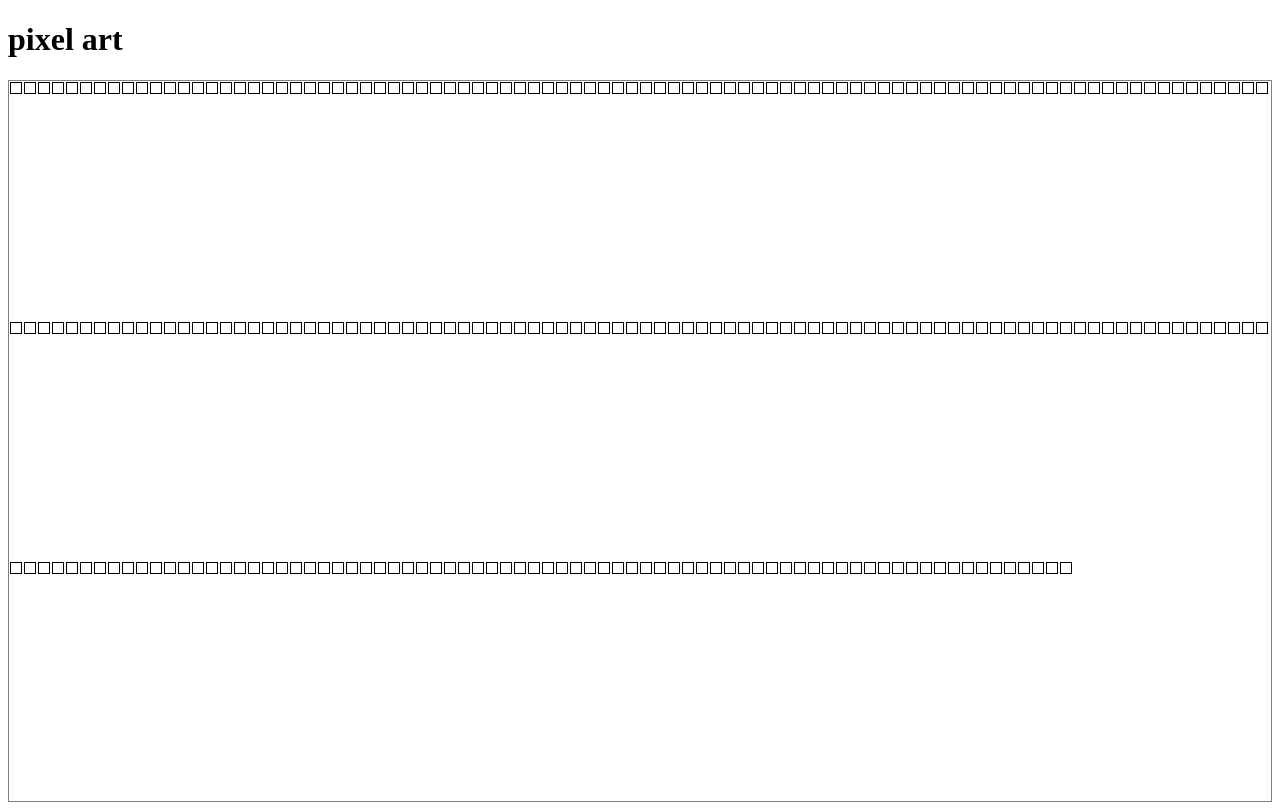
Repository: bechara611/pixelartdb
Page: /
An editor plug-in stored every save of this project. The page is shown before and after the next save, followed by the edit.
The browser window is 1280 px wide. The pictures show the whole page.
The project was rebuilt for these pictures with package versions that can differ from the ones it lists, and the page was loaded fresh each time. Also part of the build but not shown: vite.config.js.

Above is the page before, as saved 2023-03-05 19:39:39.

### src/main.jsx
import React from 'react'
import ReactDOM from 'react-dom/client'
import App from './App'


ReactDOM.createRoot(document.getElementById('root')).render(

    <App />

)

### src/App.jsx

import { useState } from 'react'
import './App.css'
import { Pixel } from './Pixel'

const App=()=> {
const  [pixels, setPixels] = useState(
  Array.from({length:16*16})
)
const funcionArray=(index)=>{
  let nuevoArray = [...pixels]
  console.log(index)
 console.log(!nuevoArray[index])
}

  return (
    <>
      <h1>pixel art</h1>

      <div className="contenedor">
      {
        pixels.map((a,index)=>{
          return <Pixel key={index}
                  funcion={()=>funcionArray(index)}
          ></Pixel>
        })
      }

      </div>
    </>
  )
}

export default App

### src/App.css

.pixel{
  width: 10px;
  height: 10px;
  border: 1px solid black;
  margin: 1px;

}
.active{
  background: green;
}

.contenedor{

  display: flex;
  flex-direction: row;
  flex-wrap: wrap;
  width: fit-content;
  border: 1px solid grey;
  height: 100vh;

}

### src/Pixel.jsx
import React, { useState } from 'react'
import './App.css'
import {selectableGroup, createSelectable} from 'react-selectable-fast'
export const Pixel = (props) => {
    const [isActive, setisActive] = useState(false)
  return (

 <div className={`pixel ${props.active ? 'active' : ''}`} style={{ background:props.active ? props.color : ''}}
 onClick={()=>{
    setisActive(!isActive)
    props.funcion();
}}
onMouseDown={()=>{props.onMouseDown()}}
onMouseUp={()=>{props.onMouseUp()}}
onTouchEnd={()=>{props.onMouseUp()}}
onMouseOver={()=>{props.onMouseOver()}}
onTouchStart={()=>{{
    props.onMouseDown()
    props.onMouseOver()}}}
 >

 </div>
  )
}

Loaded but not shown: index.html (common file)

After the next save:
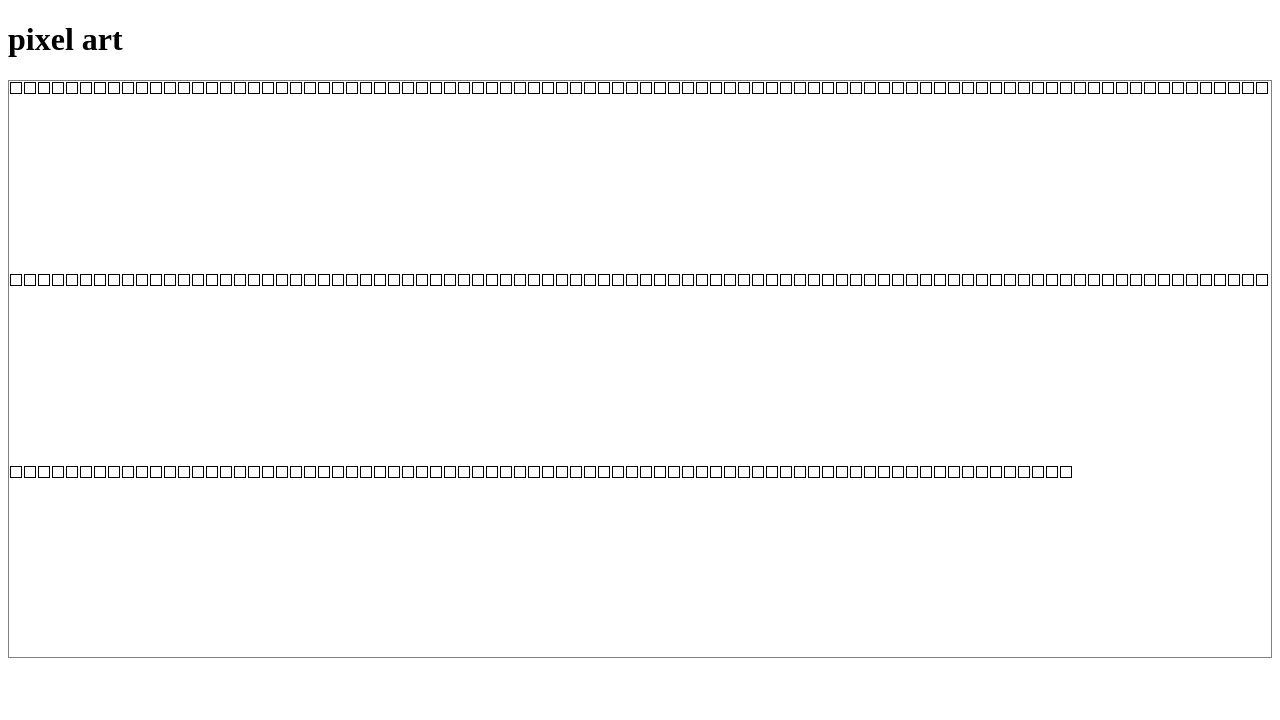
Saved 9 s later.
--- a/src/App.css
+++ b/src/App.css
@@ -17,6 +17,6 @@
   flex-wrap: wrap;
   width: fit-content;
   border: 1px solid grey;
-  height: 100vh;
+  height: 80vh;
 
 }
